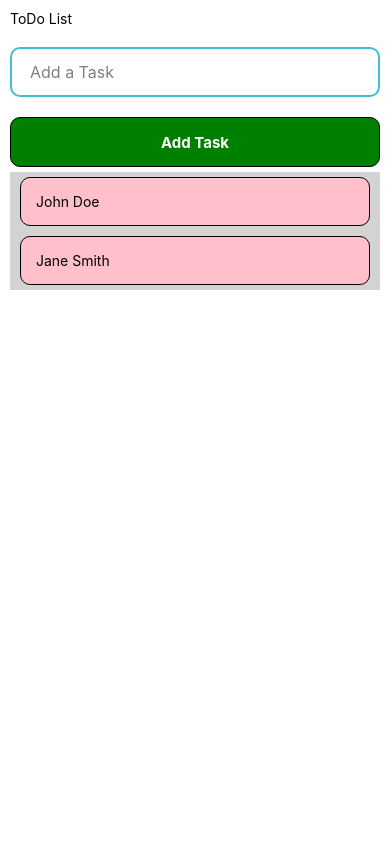
Repository: raisingh22/Projects
Screen: /
An editor plug-in stored every save of this project. The screen is shown before and after the next save, followed by the edit.
The app was drawn by React Native's web renderer in a window 390 px wide. The project was rebuilt for these pictures with package versions that can differ from the ones it lists, and the page was loaded fresh each time.

Above is the screen before, as saved 2024-01-21 19:17:43.

### App.js
import { View, Text, SafeAreaView } from 'react-native'
import React from 'react'
import ToDo from './src/ToDoList/screens/ToDo'

const App = () => {
  return (
   <SafeAreaView style={{
    flex:1
   }}>
     <ToDo/>
   </SafeAreaView>
  )
}

export default App

### src/ToDoList/screens/ToDo.js
import {StyleSheet, Text, TextInput, View} from 'react-native';
import React from 'react';
import MyBtn from '../../components/MyBtn';
import MyFlatList from '../../components/MyFlatList';

const DummyData = [
  {
    id: '1',
    name: 'John Doe',
  },
  {
    id: '2',
    name: 'Jane Smith',
  },
];
const ToDo = () => {
  return (
    <View
      style={{
        margin: 10,
      }}>
      <Text>ToDo List</Text>
      <TextInput
        placeholder="Add a Task"
        placeholderTextColor={'grey'}
        style={styles.textInput}
      />
      <MyBtn
        text={'Add Task'}
        btnStyle={{backgroundColor: 'green'}}
        textStyle={{
          fontSize: 15,
          fontWeight: 'bold',
        }}
      />
      <MyFlatList
        data={DummyData}
        // bounces={false}
        renderItem={(item, index) => (
          <View
            style={{
              flexDirection: 'row',
              justifyContent: 'space-between',
              alignItems: 'center',
              backgroundColor: 'pink',
              padding: 15,
              borderWidth: 1,
              marginVertical: 5,
              borderRadius: 10,
              marginHorizontal: 10,
            }}>
            <Text>{item.name}</Text>
          </View>
        )}
      />
    </View>
  );
};

export default ToDo;

const styles = StyleSheet.create({
  textInput: {
    width: '100%',
    height: 50,
    marginVertical: 20,
    borderWidth: 2,
    paddingVertical: 14,
    paddingHorizontal: 18,
    fontSize: 16,
    borderColor: '#40bdd4',
    borderRadius: 10,
  },
});

### src/components/MyBtn.js
import {StyleSheet, Text, TouchableOpacity, View} from 'react-native';
import React from 'react';

const MyBtn = ({text, onPress, btnStyle , textStyle}) => {
  return (
    <TouchableOpacity style={[styles.btn, btnStyle]} onPress={onPress}>
      <Text style={[styles.btnText, textStyle]} >{text}</Text>
    </TouchableOpacity>
  );
};

export default MyBtn;

const styles = StyleSheet.create({
  btn: {
    width: '100%',
    height: 50,
    backgroundColor: 'black',
    borderWidth: 1,
    borderRadius: 10,
    alignItems: 'center',
    justifyContent: 'center',
  },
  btnText: {
    color: 'white',
    // You can add more text styles here if needed
  },
});

### src/components/MyFlatList.js
import {FlatList, StyleSheet, Text, View} from 'react-native';
import React from 'react';

const MyFlatList = ({data, renderItem = (item, index) => {},bounces}) => {
  return (
    <FlatList
    bounces={bounces}
      data={data}
      renderItem={({item, index}) => renderItem(item, index)}
      keyExtractor={item => item.id.toString()}
      style={styles.list}
    />
  );
};

export default MyFlatList;

const styles = StyleSheet.create({
    list: {
        marginVertical:5,
        // flex: 1, // Example: Expand the FlatList to fill available space
        backgroundColor: 'lightgray', // Example: Set background color
        height:"50%"
      },
});

After the next save:
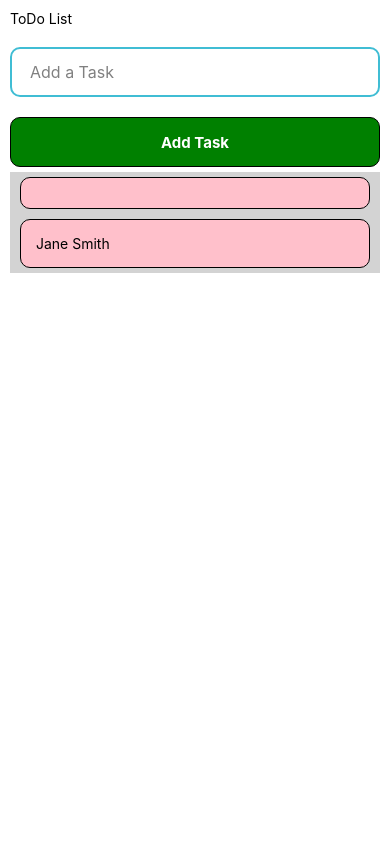
Saved 16 s later.
--- a/src/ToDoList/screens/ToDo.js
+++ b/src/ToDoList/screens/ToDo.js
@@ -6,7 +6,7 @@ import MyFlatList from '../../components/MyFlatList';
 const DummyData = [
   {
     id: '1',
-    name: 'John Doe',
+    name: '',
   },
   {
     id: '2',
